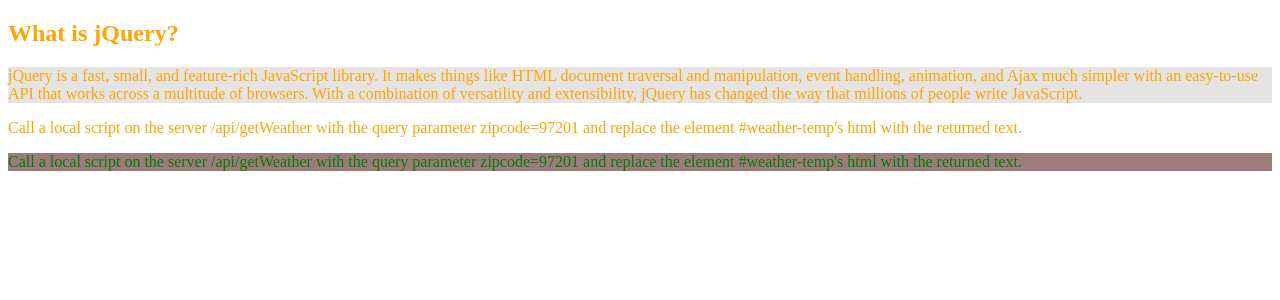
Repository: Migorithm/front_work
Page: front05_JQuery/src/main/webapp/1_selector/jq03_selector.html
An editor plug-in stored every save of this project. The page is shown before and after the next save, followed by the edit.
The browser window is 1280 px wide. The pictures show the whole page.

Above is the page before, as saved 2021-09-03 01:46:14.

### front05_JQuery/src/main/webapp/1_selector/jq03_selector.html
<!DOCTYPE html>
<html>
<head>
<meta charset="UTF-8">
<title>Insert title here</title>
<style type="text/css"></style>
</head>

<script src="https://ajax.googleapis.com/ajax/libs/jquery/3.6.0/jquery.min.js"></script>
<script>
	$(function(){
		//h2,p태그를 한꺼번에 모두 선택자로 지정..
		$('h2, p').css('color','orange'); // 'h2, p'


		//div, 태그의 후손들을 선택자로 지정... 글자색은 red
		$('div p').css('color','red') //후손중 p인 애들
		$('div>p').css('color','green') //직계자손중 p인 애들.

		//p태그 중에서 첫번째 p태그를 선택자로 지정... 배경색을 gray
		$('p:first').css('background','gray')

		//위의 방법 +
		$('p').first().css("background","#e6e3e3");  //그러나 second은 없다.

		//3번째 요소 선택
		$('p:eq(2)').css("background","#9e7b7b")

		//p 태그의 class속성값이 p2인 선택자를 지정... 글자색을 magenta로 변경
		$(".p>p2").css("color","magenta");

	});
</script>


<body>

<h2 id="header">What is jQuery?</h2>
<p class="content p1">jQuery is a fast, small, and feature-rich JavaScript library. It makes things like HTML document traversal and manipulation, event handling, animation, and Ajax much simpler with an easy-to-use API that works across a multitude of browsers. With a combination of versatility and extensibility, jQuery has changed the way that millions of people write JavaScript.</p>
<p class="content p2">Call a local script on the server /api/getWeather with the query parameter zipcode=97201 and replace the element #weather-temp's html with the returned text.</p>
<div>
	<p class="content">Call a local script on the server /api/getWeather with the query parameter zipcode=97201 and replace the element #weather-temp's html with the returned text.</p>
</div>
</body>
</html>

After the next save:
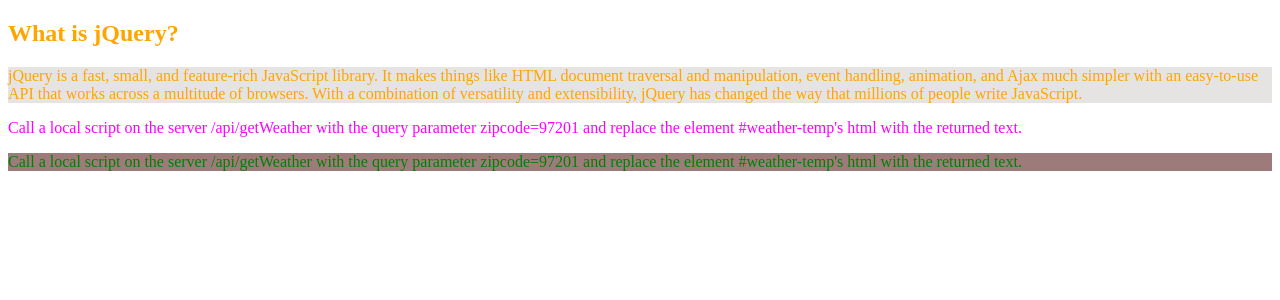
Saved 11 s later.
--- a/front05_JQuery/src/main/webapp/1_selector/jq03_selector.html
+++ b/front05_JQuery/src/main/webapp/1_selector/jq03_selector.html
@@ -27,7 +27,7 @@
 		$('p:eq(2)').css("background","#9e7b7b")
 
 		//p 태그의 class속성값이 p2인 선택자를 지정... 글자색을 magenta로 변경
-		$(".p>p2").css("color","magenta");
+		$("p.p2").css("color","magenta");
 
 	});
 </script>
